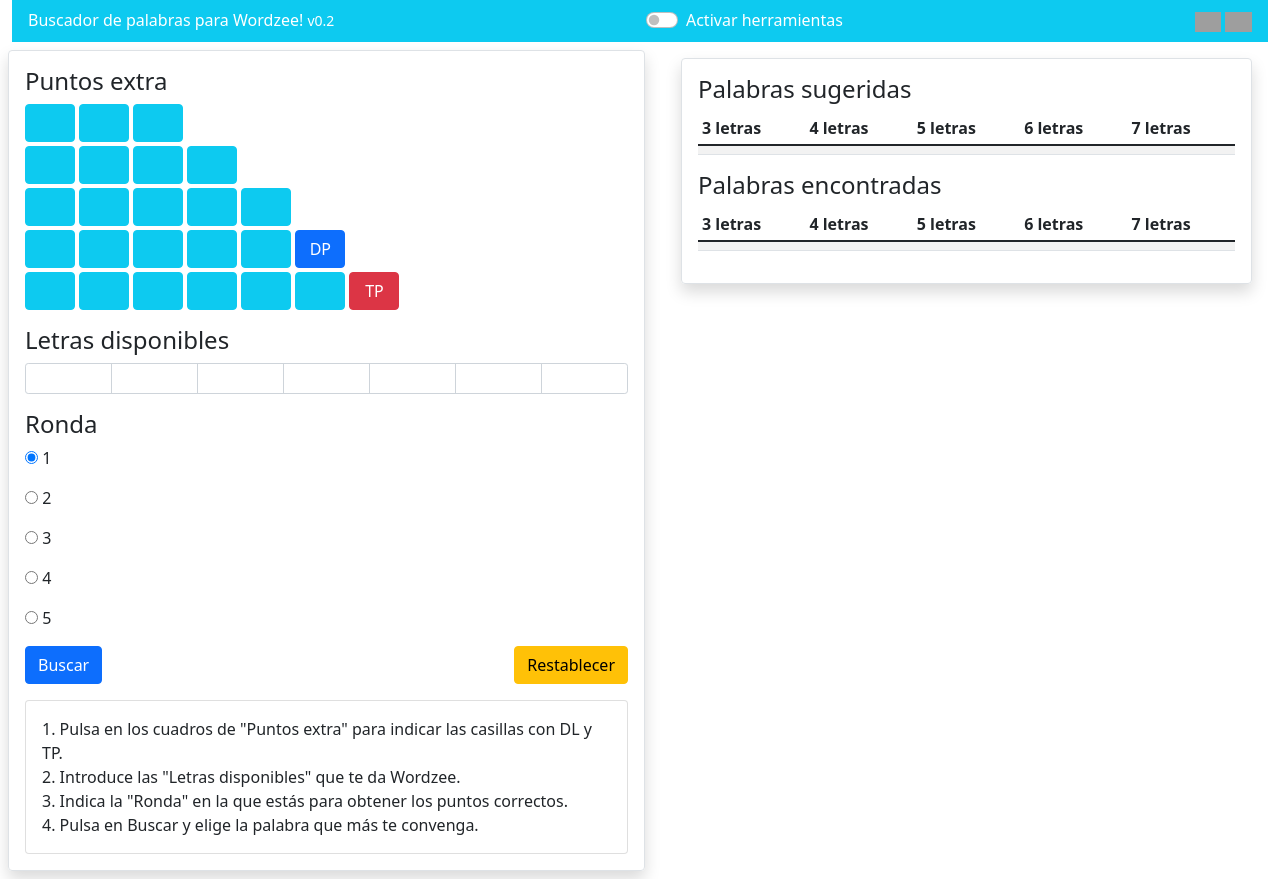
Repository: angelcafe/wordzee-bp_javascript
Page: index.html
An editor plug-in stored every save of this project. The page is shown before and after the next save, followed by the edit.
The browser window is 1280 px wide. The pictures show the whole page.
Pictures or frames that could not be fetched are drawn as grey boxes.

Above is the page before, as saved 2021-10-22 22:51:30.

After the next save:
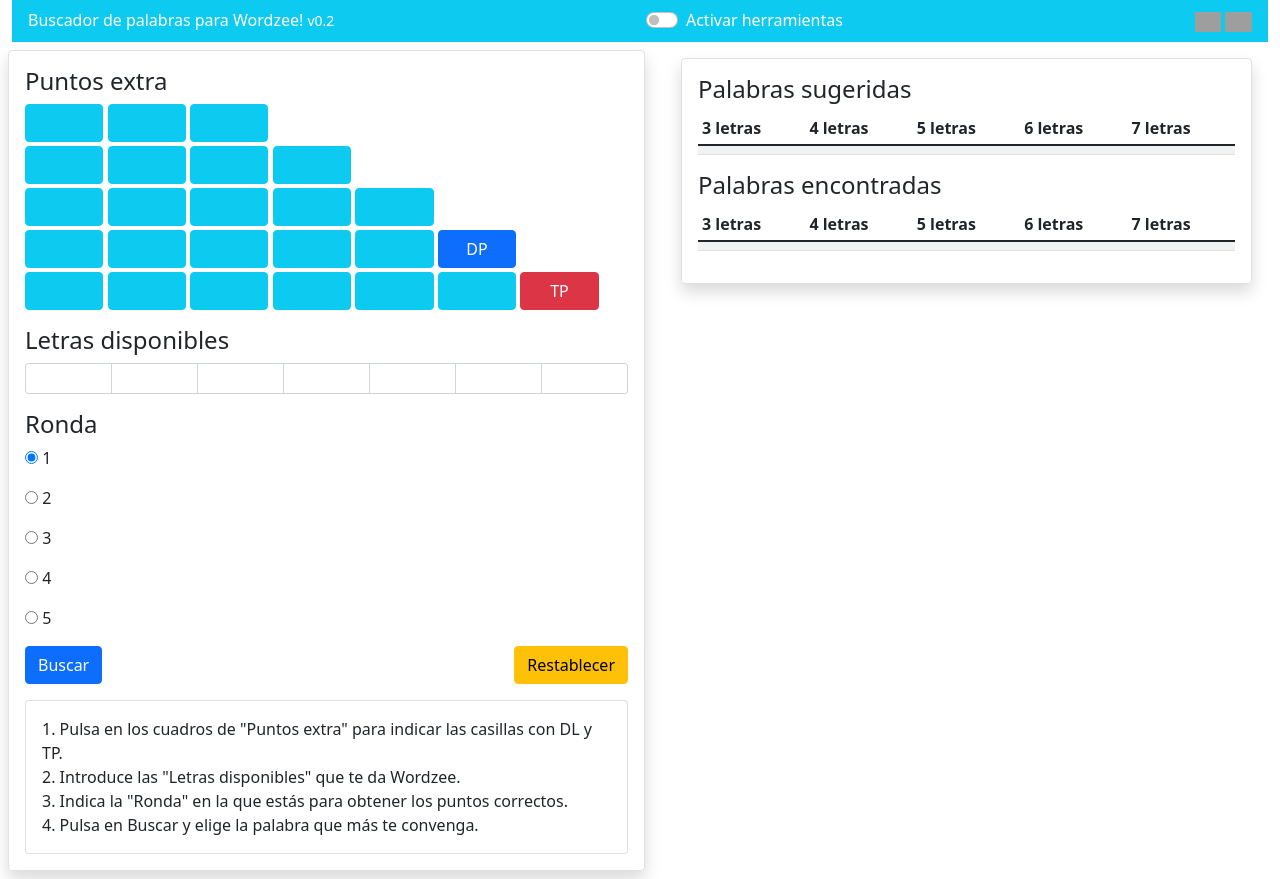
Saved 2 min 0 s later.
--- a/index.css
+++ b/index.css
@@ -14,12 +14,12 @@
 .palenc {
     cursor: pointer;
 }
+.principal {
+    max-width: 24em;
+    min-width: 24em;
+}
 .rosa {
     background-color: pink;
-}
-#idPuntosExtra {
-    max-width: 24em;
-    min-width: 24em;
 }
 #idPuntosExtra input {
     width: 13%;
@@ -27,10 +27,6 @@
 #idBorrarPalabra,
 #idBotonBuscaPalabras {
     cursor: pointer;
-}
-#principal div:parent {
-    max-width: 24em;
-    min-width: 24em;
 }
 #menu {
     position: absolute;
